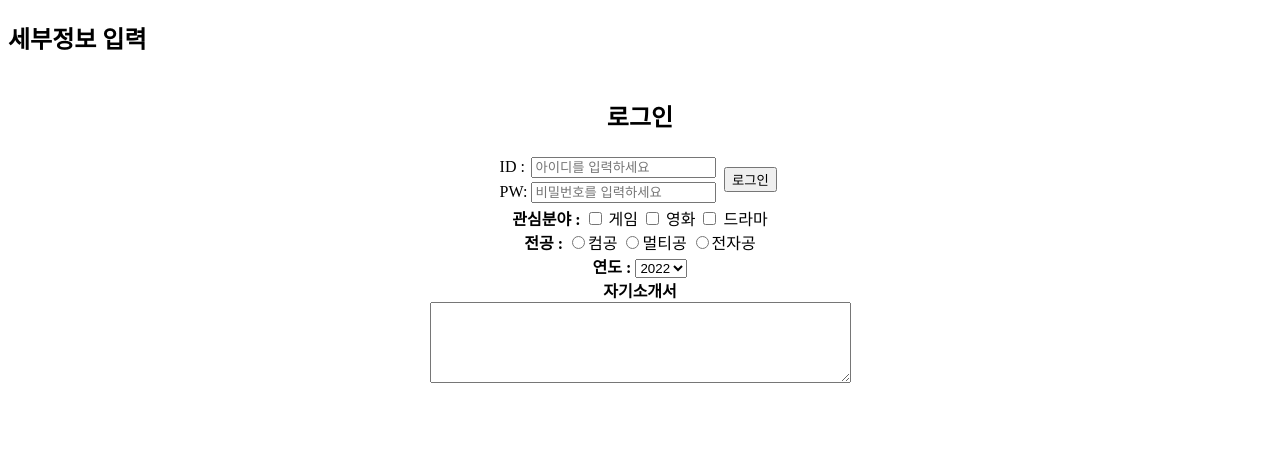
Repository: umhayun/myJSP
Page: HTML/src/main/webapp/login.html
These files come from the project's save history. The page is drawn as it stood at one moment and after the next save; the edit follows.
The browser window is 1280 px wide. The pictures show the whole page.

Above is the page before, as saved 2022-01-18 02:10:55.

### HTML/src/main/webapp/login.html
<!DOCTYPE html>
<html>
<head>
<meta charset="UTF-8">
<title>Insert title here</title>
</head>
<body>
<!--form태그는 데이터를 전송하기 위해서 사용 -->
<form action="">
<table align=center >
	<h2>세부정보 입력</h2>
	<tr>
		<td colspan=3 align=center><h2>로그인</h2></td>
	</tr>
	<tr>
		<td width="20">ID : </td>
		<td width="50"><input type="text" placeholder="아이디를 입력하세요"></td>
		<td width="60"rowspan=2 align=center><input type=submit value="로그인"></td>
	</tr>
	<tr>
		<td width="20">PW: </td>
		<td width="50"><input type="password" placeholder="비밀번호를 입력하세요"></td>
	</tr>

</table>
</form>

<form align=center>
<!-- 관심분야 체크박스 -->
<strong>관심분야 : </strong>
<input type="checkbox" name="intro"> 게임
<input type="checkbox" name="intro"> 영화
<input type="checkbox" name="intro"> 드라마
<!-- radio 타입 -->
<br>
<strong>전공 : </strong>
<input type="radio"name="major">컴공
<input type="radio"name="major">멀티공
<input type="radio"name="major">전자공

<br>
<strong>연도 : </strong>
<select>
<option>2022</option>
<option>2021</option>
<option>2020</option>
<option>2019</option>
<option>2018</option>
</select>
<br>
<strong>자기소개서</strong>
<br>
<textarea rows="5" cols="50"></textarea>
</form>

</body>
</html>

After the next save:
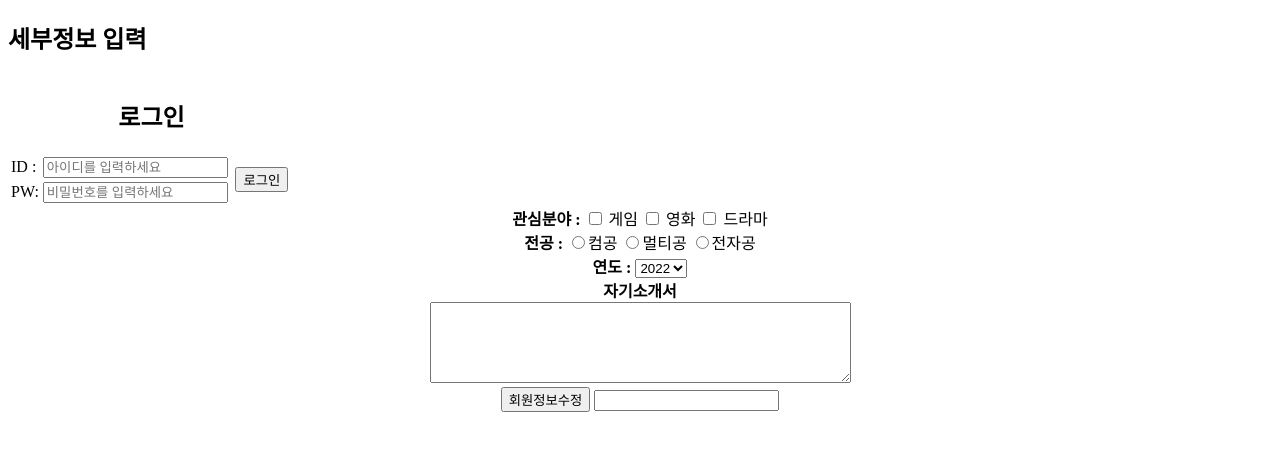
Saved 79 s later.
--- a/HTML/src/main/webapp/login.html
+++ b/HTML/src/main/webapp/login.html
@@ -7,7 +7,7 @@
 <body>
 <!--form태그는 데이터를 전송하기 위해서 사용 -->
 <form action="">
-<table align=center >
+<table >
 	<h2>세부정보 입력</h2>
 	<tr>
 		<td colspan=3 align=center><h2>로그인</h2></td>
@@ -51,6 +51,9 @@
 <strong>자기소개서</strong>
 <br>
 <textarea rows="5" cols="50"></textarea>
+<br>
+<input type=submit value="회원정보수정">
+<input type=>
 </form>
 
 </body>
